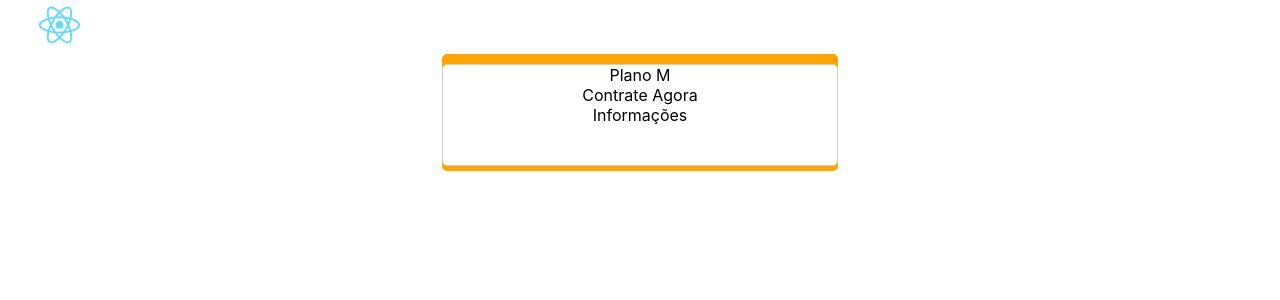
Repository: gatomazi/hostgatorFrontend
Page: /
An editor plug-in stored every save of this project. The page is shown before and after the next save, followed by the edit.
The browser window is 1280 px wide. The pictures show the whole page.
The project was rebuilt for these pictures with package versions that can differ from the ones it lists, and the page was loaded fresh each time.

Above is the page before, as saved 2020-01-24 10:29:35.

After the next save:
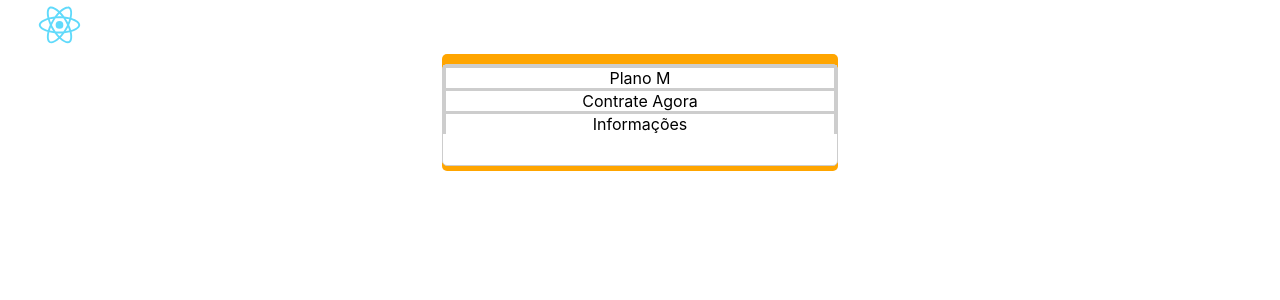
Saved 21 s later.
--- a/src/components/Plano.js
+++ b/src/components/Plano.js
@@ -22,7 +22,11 @@ const useStyles = makeStyles(theme => ({
     border: 1,
     borderRadius: 5
   },
-  insideDivisor: {}
+  insideDivisor: {
+    borderColor: "#cdcdcd",
+    borderStyle: "solid",
+    borderBottom: 1
+  }
 }));
 
 const Plano = () => {
